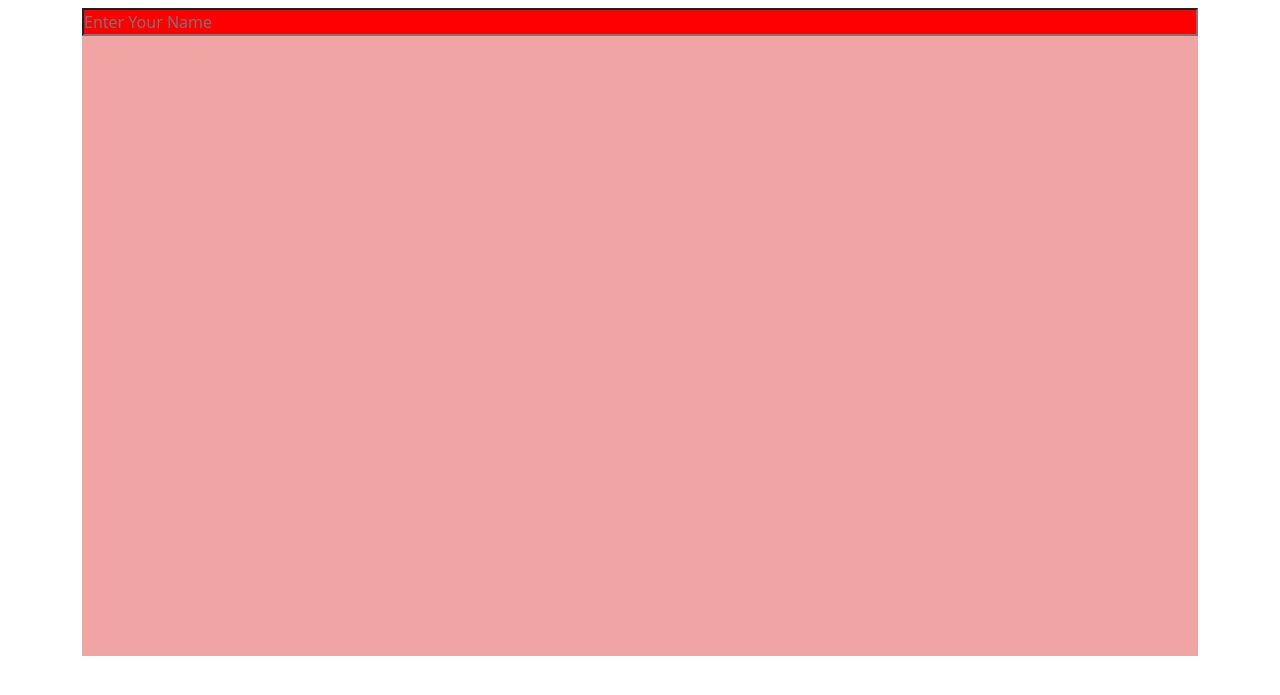
Repository: Haneef-Shaik/Greetings
Page: /
These files come from the project's save history. The page is drawn as it stood at one moment and after the next save; the edit follows.
The browser window is 1280 px wide. The pictures show the whole page.
The project was rebuilt for these pictures with package versions that can differ from the ones it lists, and the page was loaded fresh each time. The framework's server and built-in components were replaced by stand-ins that run in the browser. Also part of the build but not shown: next.config.js, styles/card.module.scss, components/card.js, styles/socialShare.module.scss, components/socialShare.js.

Above is the page before, as saved 2021-12-01 19:41:38.

### pages/_app.js
import '../styles/globals.css'
import 'bootstrap/dist/css/bootstrap.css'


function MyApp({ Component, pageProps }) {
  return <Component {...pageProps} />
}

export default MyApp

### pages/index.js
import Card from "../components/card.js";
import {useRouter} from 'next/router';
import Ss from "../components/socialShare"
import InpFrm from "../components/form"

export default function Home() {
  const {query} = useRouter();
  const myurls='https://gratefulprayerthankfulheart.com/wp-content/uploads/2014/12/aquawhitechristmastreegreeting.jpg';

  if(query.length > 0)
  {

    if(query.greeting)
    {
      return (
        <>
          <Card event={query.event} image={query.bgImg} name={query.name} greeting={query.greeting}  />
        </>
          )
    }
    else
    {
      return (
        <>
          <Card event={query.event} image={query.bgImg} name={query.name}  />
        </>
          )
    }

  }
  else
  {
    return (
        <>
          <InpFrm />
        </>
        )
  }
    // return (
    //   <>
        {/* <Card event='Event' image={myurls} name='Name' color='red' greeting="Lorem Ipsum is simply dummy text of the printing and typesetting industry. Lorem Ipsum has been thing software like Aldus PageMaker including versions of Lorem Ipsum."  /> */}
        {/* <Ss mylink="localhost:3000/name=haneef&event=christmas" /> */}
    {/*     <Ss mylink="localhost:3000/name=haneef&event=christmasW&sddsajnodsoduaibdadbksa" /> */}
    //   </>
    //     )

}

### components/form.js
/* eslint-disable no-undef */
import React, {useState,useRef} from 'react'

import 'bootstrap/dist/css/bootstrap.min.css';
import styles from '../styles/form.module.scss';
import IMAGE from 'next/image'


function Edit() {
    return (
        <div className="container-fluid p-2 " >
            <div className="container">
                <div className="row">
                    <div className="col-12">
                        <div className={styles.formContainer} >
                            <form>
                                <input type="text" placeholder="Enter Your Name" className="col-12 inpName" />
                            </form>
                        </div>
                    </div>
                </div>
            </div>
        </div>
    )
}


class InvitationCard extends React.Component{
    render(){
        return (

                <div className="body p-2" style={{backgroundColor: this.props.c,backgroundImage:`url(${this.props.im})`,backgroundSize:350,backgroundRepeat:'no-repeat'}} >
                    <h1 id="heading" style={{color: this.props.heading}}>{this.props.name}</h1>
                    <p style={{marginTop: "50px",color: this.props.content}}>{this.props.message}</p>
                    <p style={{color: this.props.content}} id="toWhom">{this.props.to}</p>
                </div>
        )
    }

}



export default Edit;

### styles/form.module.scss
.formContainer{
    height:90vh;
    background-color:rgba(231, 98, 98, 0.575);
    input{
        background-color:red;
    }
}

Loaded but not shown: pages/api/hello.js (common file); styles/globals.css (common file)

After the next save:
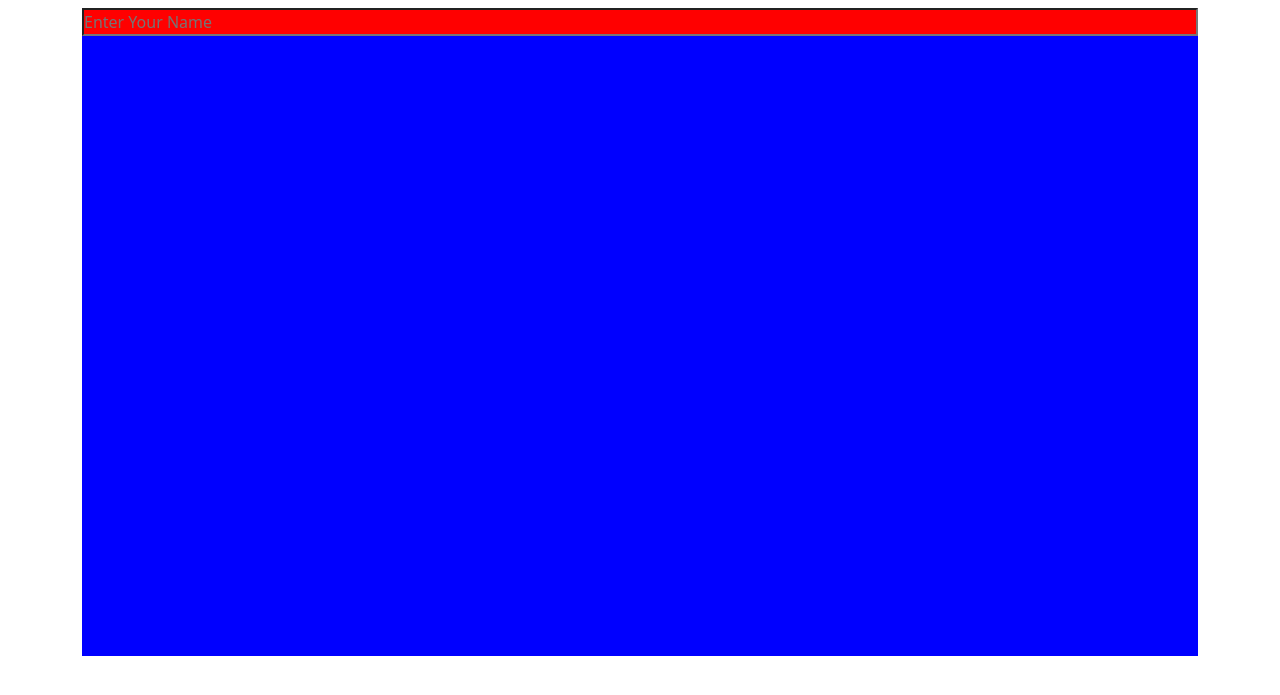
Saved 9 s later.
--- a/styles/form.module.scss
+++ b/styles/form.module.scss
@@ -1,6 +1,6 @@
 .formContainer{
     height:90vh;
-    background-color:rgba(231, 98, 98, 0.575);
+    background-color:blue;
     input{
         background-color:red;
     }
